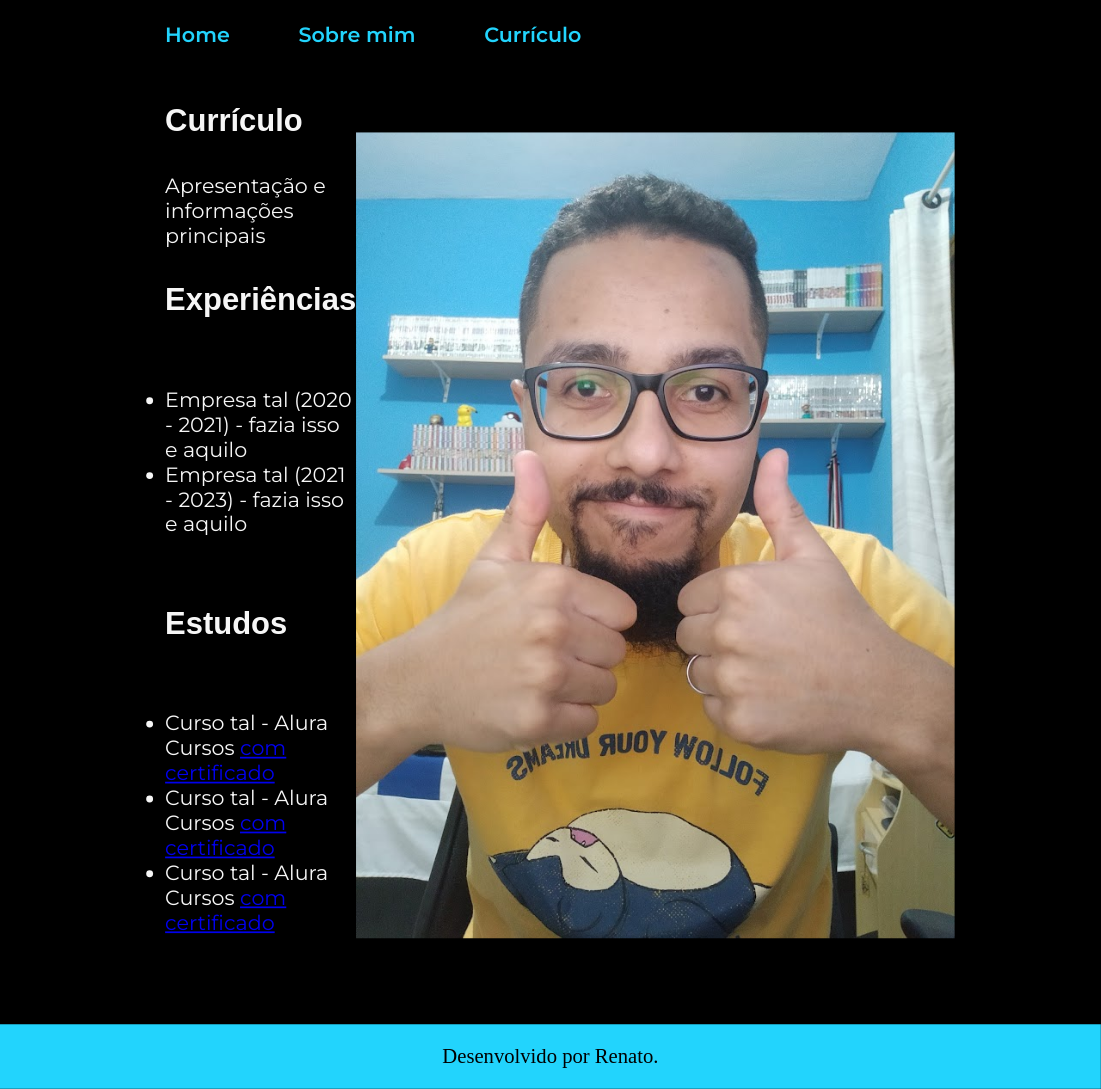
Repository: RenatoCCS/Portfolio_Alura
Page: curriculo.html
An editor plug-in stored every save of this project. The page is shown before and after the next save, followed by the edit.
The browser window is 1280 px wide. The pictures show the whole page, at 86% of full size.
Some web fonts or font styles are not loaded; a fallback is used.

Above is the page before, as saved 2023-03-06 15:33:30.

### curriculo.html
<!DOCTYPE html>
<html lang="pt-br">
  <head>
    <meta charset="UTF-8" />
    <meta http-equiv="X-UA-Compatible" content="IE=edge" />
    <meta name="viewport" content="width=device-width, initial-scale=1.0" />
    <title>Currículo</title>
    <link rel="stylesheet" href="./styles/style.css" />
  </head>

  <body>
    <header class="cabecalho">
      <nav class="cabecalho__menu">
        <a class="cabecalho__menu__link" href="index.html">Home</a>
        <a class="cabecalho__menu__link" href="about.html">Sobre mim</a>
        <a class="cabecalho__menu__link" href="curriculo.html">Currículo</a>
      </nav>
    </header>

    <main class="apresentacao">
      <section class="apresentacao__conteudo">
          <h1 class="apresentacao__conteudo__titulo">Currículo</h1>
          <p class="apresentacao__conteudo__texto">
              Apresentação e informações principais
          </p>
          <h2 class="apresentacao__conteudo__titulo">Experiências</h2>
          <p class="apresentacao__conteudo__texto">
          <ul class="apresentacao__conteudo__texto">
              <li> Empresa tal (2020 - 2021) - fazia isso e aquilo </li>
              <li> Empresa tal (2021 - 2023) - fazia isso e aquilo </li>
          </ul>
          </p>
          <h2 class="apresentacao__conteudo__titulo">Estudos</h2>
          <p class="apresentacao__conteudo__texto">
          <ul class="apresentacao__conteudo__texto">
              <li>Curso tal - Alura Cursos <a href="linkdocertificado">com certificado</a> </li>
              <li>Curso tal - Alura Cursos <a href="linkdocertificado">com certificado</a></li>
              <li>Curso tal - Alura Cursos <a href="linkdocertificado">com certificado</a></li>
          </ul>
          </p>
      </section>
      <img src="./assets/renato.jpg" alt="Foto da Joana Santos programando">
  </main>

    <footer class="rodape"><p>Desenvolvido por Renato.</p></footer>
  </body>
</html>

### styles/style.css
@import url('https://fonts.googleapis.com/css2?family=Krona+One&family=Montserrat:wght@400;600&display=swap');

* {
  margin: 0;
  padding: 0;
}

body {
  /* height: 100vh; */
  box-sizing: border-box;
  background-color: #000000;
  color: #f6f6f6;
}

.cabecalho {
  padding: 2% 0% 0% 15%;
}

.cabecalho__menu {
  display: flex;
  gap: 80px;
}

.cabecalho__menu__link {
  font-family: 'Montserrat', sans-serif;
  font-size: 24px;
  font-weight: 600;
  color: #22d4fd;
  text-decoration: none;
}

.apresentacao {
  padding: 5% 15%;
  display: flex;
  align-items: center;
  justify-content: space-between;
}

.apresentacao__conteudo {
  width: 615px;
  display: flex;
  flex-direction: column;
  gap: 40px;
}

.apresentacao__conteudo__titulo {
  font-size: 36px;
  font-family: 'Krona One', sans-serif;
}

.titulo-destaque {
  color: #22d4fd;
}

.apresentacao__conteudo__texto {
  font-size: 24px;
  font-family: 'Montserrat', sans-serif;
}

.apresentacao__links {
  display: flex;
  flex-direction: column;
  justify-content: space-between;
  align-items: center;
  gap: 32px;
}

.apresentacao__links__subtitulo {
  font-family: 'Krona One', sans-serif;
  font-weight: 400;
  font-size: 24px;
}

.apresentacao__links__link {
  /* background-color: #22d4fd; foi trocado o estilo*/
  display: flex;
  justify-content: center;
  gap: 16px;
  border: 2px solid #22d4fd;
  width: 378px;
  text-align: center;
  border-radius: 8px;
  font-size: 24px;
  font-weight: 600;
  padding: 21.5px 0;
  text-decoration: none;
  color: #f6f6f6;
  font-family: 'Montserrat', sans-serif;
}

.apresentacao__links__link:hover {
  background-color: #272727;
}

/*Utilizei minha foto e fui adaptando de acordo com o tamanho da outra foto*/
.apresentacao__foto {
  height: 550px;
  width: 490px;
  left: 1032px;
  top: 253px;
  border-radius: 16px;
}

.rodape {
  padding: 24px;
  color: #000000;
  background-color: #22d4fd;
  text-align: center;
  font-family: 'Montserrat' sans-serif;
  font-size: 24px;
  font-weight: 400;
}

After the next save:
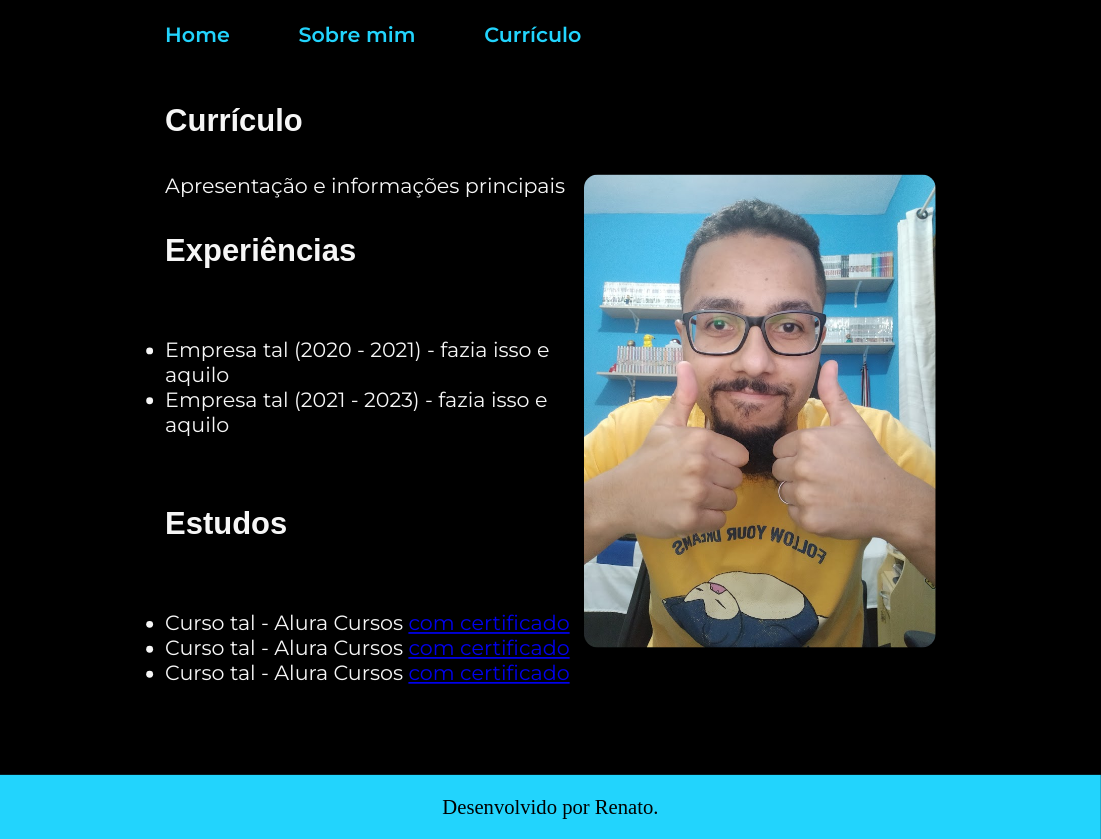
Saved 26 s later.
--- a/curriculo.html
+++ b/curriculo.html
@@ -39,7 +39,8 @@
           </ul>
           </p>
       </section>
-      <img src="./assets/renato.jpg" alt="Foto da Joana Santos programando">
+      <img class="apresentacao__foto"
+      src="./assets/renato.jpg" alt="Foto da Joana Santos programando">
   </main>
 
     <footer class="rodape"><p>Desenvolvido por Renato.</p></footer>
